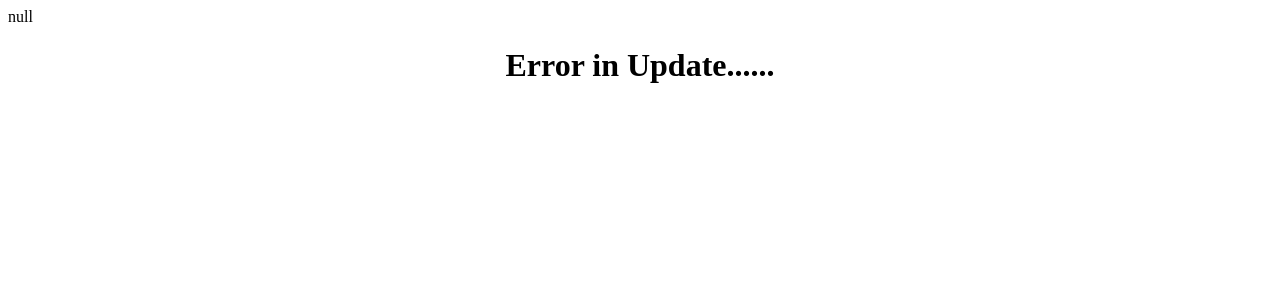
Repository: gajanansp07/Advance_Java_Practice
Page: http://localhost/JDBCCURD/updateMyRecordone.jsp
An editor plug-in stored every save of this project. The page is shown before and after the next save, followed by the edit.
The browser window is 1280 px wide. The pictures show the whole page.
The page is served by Tomcat 9. Queries for data that is not in the repository find no rows.

Above is the page before, as saved 2022-03-18 12:17:01.

After the next save:
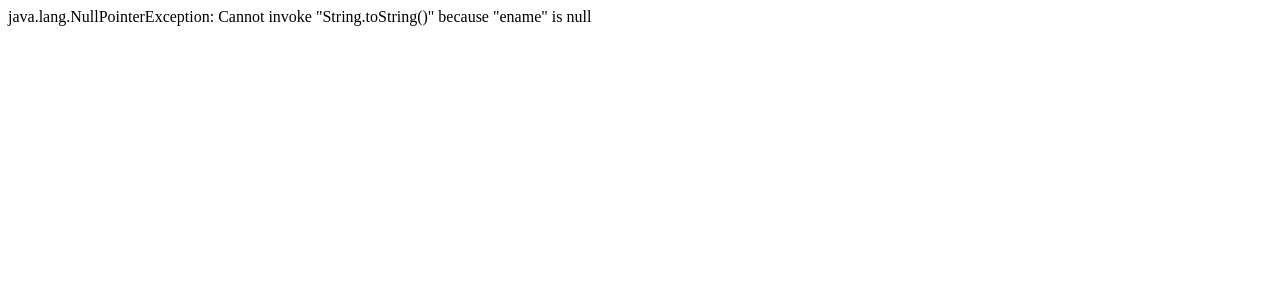
Saved 27 s later.
--- a/JDBCCURD/src/main/webapp/updateMyRecordone.jsp
+++ b/JDBCCURD/src/main/webapp/updateMyRecordone.jsp
@@ -22,7 +22,7 @@
 	Connection con	= DriverManager.getConnection("jdbc:oracle:thin:@localhost:1521:xe","admin","admin");
 
 	//String mytest="UPDATE registration SET PASSWORD='ADMIN', COUNTRY='India' where email='ganesh@gmail.com'";
-	String sql ="Update registration SET NAME=?, PASSWORD=?, EMAIL=?, PHONE=?, GENDER=?, ADDRESS=?, COUNTRY=? WHERE name="+ename;
+	String sql ="Update registration SET NAME=?, PASSWORD=?, EMAIL=?, PHONE=?, GENDER=?, ADDRESS=?, COUNTRY=? WHERE name="+ename.toString();
 	out.println(email);
 	PreparedStatement ps =con.prepareStatement(sql);
 	ps.setString(1, ename);

After the save that followed:
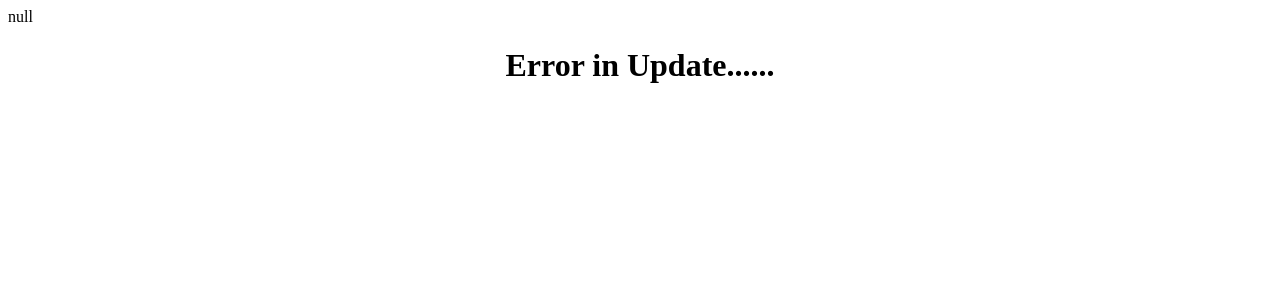
Saved 2 min 8 s later.
--- a/JDBCCURD/src/main/webapp/updateMyRecordone.jsp
+++ b/JDBCCURD/src/main/webapp/updateMyRecordone.jsp
@@ -22,7 +22,7 @@
 	Connection con	= DriverManager.getConnection("jdbc:oracle:thin:@localhost:1521:xe","admin","admin");
 
 	//String mytest="UPDATE registration SET PASSWORD='ADMIN', COUNTRY='India' where email='ganesh@gmail.com'";
-	String sql ="Update registration SET NAME=?, PASSWORD=?, EMAIL=?, PHONE=?, GENDER=?, ADDRESS=?, COUNTRY=? WHERE name="+ename.toString();
+	String sql ="Update registration SET NAME=?, PASSWORD=?, EMAIL=?, PHONE=?, GENDER=?, ADDRESS=?, COUNTRY=? WHERE name=?";
 	out.println(email);
 	PreparedStatement ps =con.prepareStatement(sql);
 	ps.setString(1, ename);
